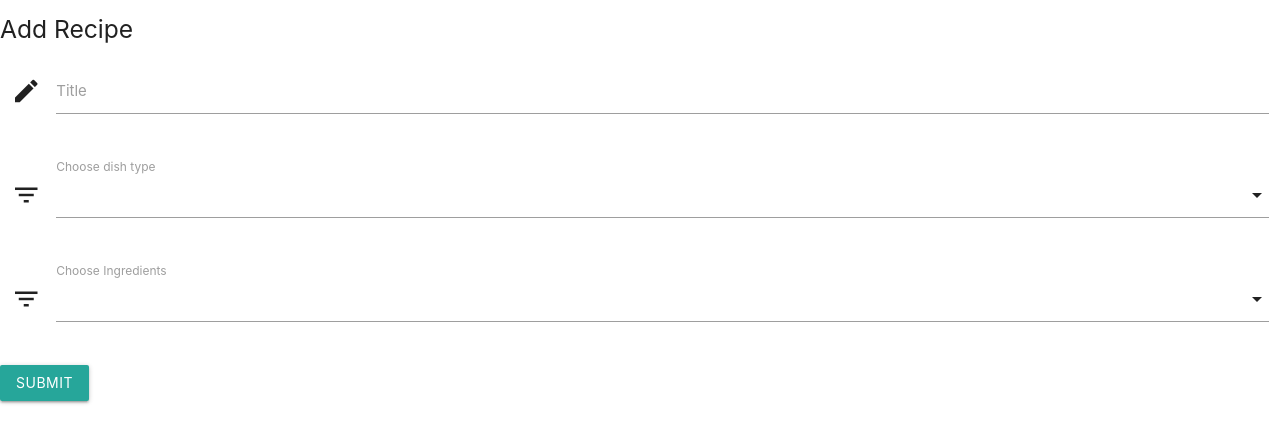
Repository: neillarkin/atari-app
Page: http://localhost/add_recipe
The author's editor kept a record of every edit. The page is drawn from the files as they stood at one moment, then again after the next edit.
The browser window is 1280 px wide. The pictures show the whole page.
The page is served by the project's application, run on Flask 3 (run.py). Queries for data that is not in the repository find no rows.

Above is the page before.

After the next edit:
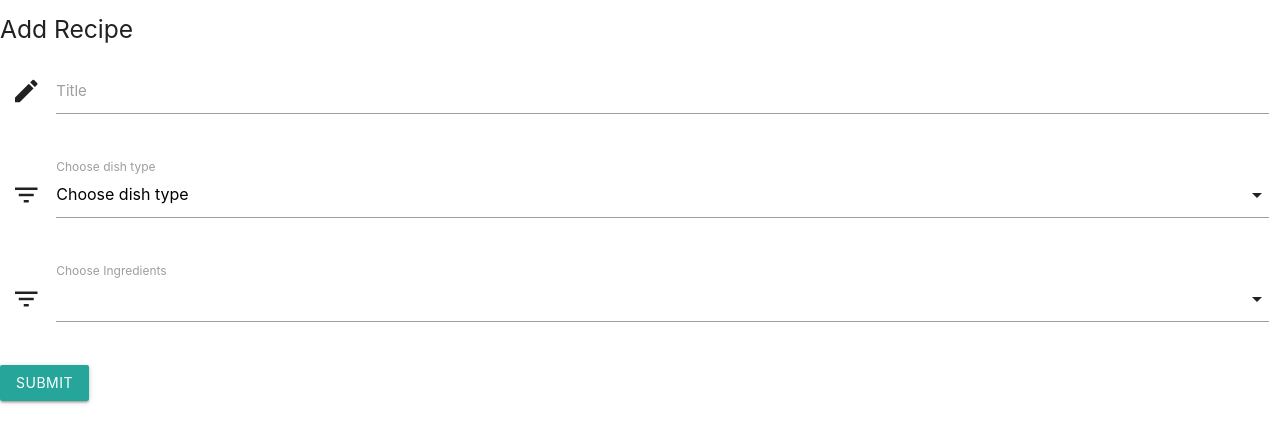
The edit:
--- a/templates/add_recipe.html
+++ b/templates/add_recipe.html
@@ -16,7 +16,7 @@
       <div class="input-field col s12">
         <i class="material-icons prefix">filter_list</i>
         <select id="category" name="category_name">
-              <!--<option value="" disabled selected>Choose dish type</option>-->
+              <option value="" disabled selected>Choose dish type</option>
               {% for cat in categories %}
                   <option value="{{cat.category_name}}">{{cat.category_name}}</option>
               {% endfor %}
